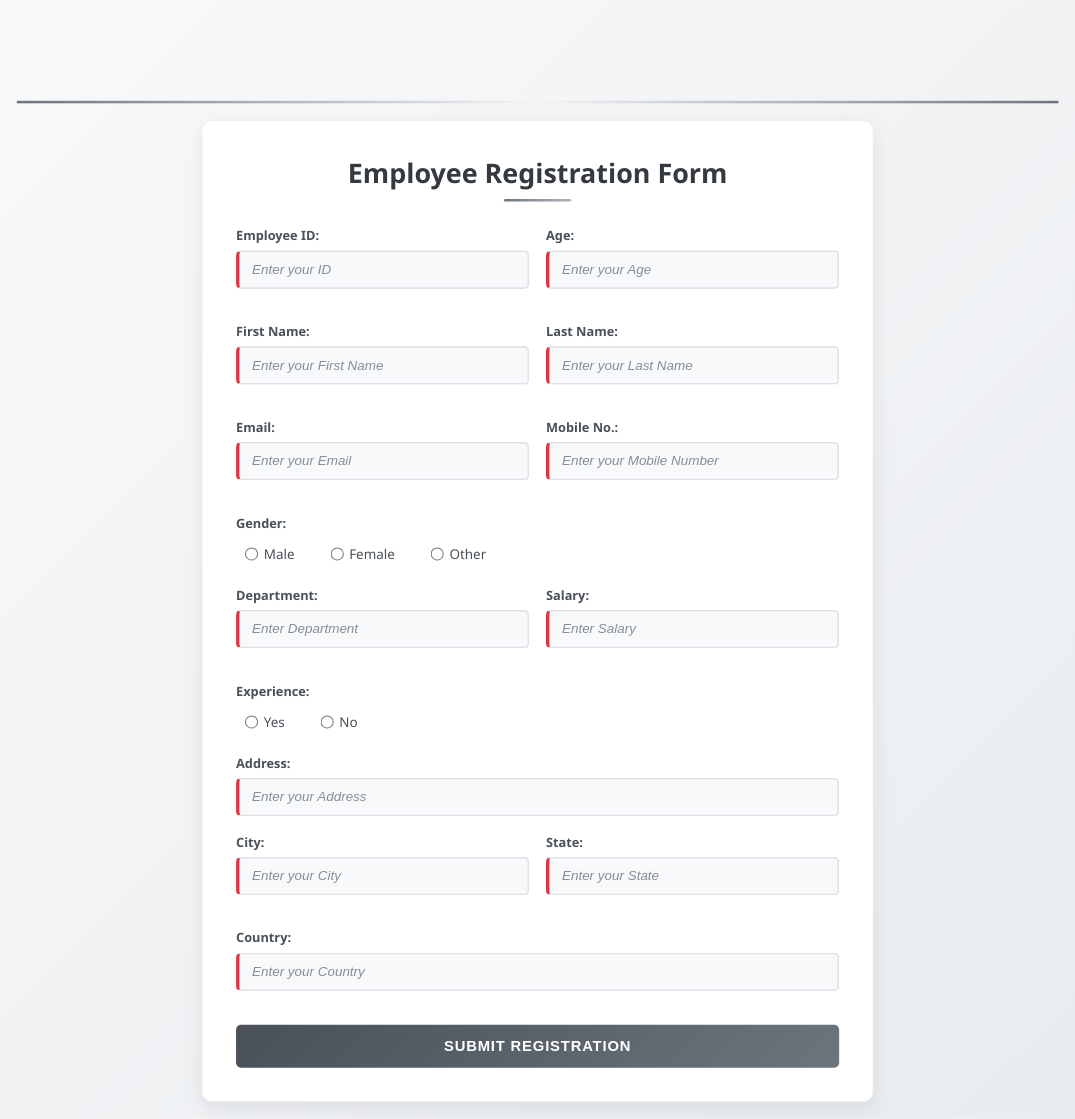
Repository: Shwetannarkhede/EmployeeHub
Page: EmployeeManagemntSystem/src/main/webapp/Registration.html
An editor plug-in stored every save of this project. The page is shown before and after a run of saves, followed by the edit.
The browser window is 1280 px wide. The pictures show the whole page, at 84% of full size.

Above is the page before, as saved 2025-09-22 16:40:42.

### EmployeeManagemntSystem/src/main/webapp/Registration.html
<!DOCTYPE html>
<html lang="en">
<head>
    <meta charset="UTF-8">
    <meta name="viewport" content="width=device-width, initial-scale=1.0">
    <title>Employee Registration Form</title>
   <link rel="stylesheet" href="registration.css">
</head>
<body>
    <marquee><h1>Welcome to EmpFlow</h1></marquee>
    <hr>

    <form action="submit" method="post">
        <h1>Employee Registration Form</h1>

        <div class="form-row">
            <div class="form-group">
                <label>Employee ID:</label>
                <input type="number" name="empid" placeholder="Enter your ID" required>
            </div>
            <div class="form-group">
                <label>Age:</label>
                <input type="number" name="age" placeholder="Enter your Age" required>
            </div>
        </div>

        <div class="form-row">
            <div class="form-group">
                <label>First Name:</label>
                <input type="text" name="fname" placeholder="Enter your First Name" required>
            </div>
            <div class="form-group">
                <label>Last Name:</label>
                <input type="text" name="lname" placeholder="Enter your Last Name" required>
            </div>
        </div>

        <div class="form-row">
            <div class="form-group">
                <label>Email:</label>
                <input type="email" name="email" placeholder="Enter your Email" required>
            </div>
            <div class="form-group">
                <label>Mobile No.:</label>
                <input type="tel" name="phone" placeholder="Enter your Mobile Number" required>
            </div>
        </div>

        <div class="form-group">
            <label>Gender:</label>
            <div class="radio-group">
                <label><input type="radio" name="gender" value="male" required> Male</label>
                <label><input type="radio" name="gender" value="female" required> Female</label>
                <label><input type="radio" name="gender" value="other" required> Other</label>
            </div>
        </div>

        <div class="form-row">
            <div class="form-group">
                <label>Department:</label>
                <input type="text" name="department" placeholder="Enter Department" required>
            </div>
            <div class="form-group">
                <label>Salary:</label>
                <input type="number" name="salary" placeholder="Enter Salary" required>
            </div>
        </div>

        <div class="form-group">
            <label>Experience:</label>
            <div class="radio-group">
                <label><input type="radio" name="experience" value="yes" required> Yes</label>
                <label><input type="radio" name="experience" value="no" required> No</label>
            </div>
        </div>

        <div class="form-group">
            <label>Address:</label>
            <input type="text" name="address" placeholder="Enter your Address" required>
        </div>

        <div class="form-row">
            <div class="form-group">
                <label>City:</label>
                <input type="text" name="city" placeholder="Enter your City" required>
            </div>
            <div class="form-group">
                <label>State:</label>
                <input type="text" name="state" placeholder="Enter your State" required>
            </div>
        </div>

        <div class="form-group">
            <label>Country:</label>
            <input type="text" name="country" placeholder="Enter your Country" required>
        </div>



        <button type="submit">Submit Registration</button>
    </form>
</body>
</html>

### EmployeeManagemntSystem/src/main/webapp/registration.css

        * {
            margin: 0;
            padding: 0;
            box-sizing: border-box;
        }

        body {
            font-family: 'Segoe UI', Tahoma, Geneva, Verdana, sans-serif;
            background: linear-gradient(135deg, #f8f9fa 0%, #e9ecef 100%);
            min-height: 100vh;
            padding: 20px;
            color: #2c3e50;
        }

        /* Header styles */
        marquee h1 {
            color: #495057;
            font-size: 2.5rem;
            font-weight: bold;
            text-shadow: 1px 1px 2px rgba(0,0,0,0.1);
            padding: 10px 0;
        }

        hr {
            border: none;
            height: 3px;
            background: linear-gradient(90deg, #6c757d, transparent, #6c757d);
            margin: 20px 0;
        }

        /* Form container */
        form {
            background: #ffffff;
            max-width: 800px;
            margin: 0 auto;
            padding: 40px;
            border-radius: 12px;
            box-shadow: 0 8px 25px rgba(0,0,0,0.08);
            border: 1px solid #e9ecef;
        }

        form h1 {
            text-align: center;
            color: #343a40;
            margin-bottom: 30px;
            font-size: 2rem;
            position: relative;
        }

        form h1::after {
            content: '';
            display: block;
            width: 80px;
            height: 3px;
            background: linear-gradient(90deg, #6c757d, #adb5bd);
            margin: 10px auto;
            border-radius: 2px;
        }

        /* Form layout */
        .form-row {
            display: flex;
            gap: 20px;
            margin-bottom: 20px;
        }

        .form-row .form-group {
            flex: 1;
        }

        .form-group {
            margin-bottom: 20px;
        }

        /* Labels */
        .form-group > label {
            display: block;
            margin-bottom: 8px;
            font-weight: 600;
            color: #495057;
            font-size: 0.95rem;
        }

        /* Input fields */
        input[type="text"],
        input[type="email"],
        input[type="tel"],
        input[type="number"] {
            width: 100%;
            padding: 12px 15px;
            border: 2px solid #dee2e6;
            border-radius: 6px;
            font-size: 1rem;
            transition: all 0.3s ease;
            background: #f8f9fa;
            color: #495057;
        }

        input[type="text"]:focus,
        input[type="email"]:focus,
        input[type="tel"]:focus,
        input[type="number"]:focus {
            outline: none;
            border-color: #6c757d;
            background: #ffffff;
            box-shadow: 0 0 0 3px rgba(108, 117, 125, 0.1);
            transform: translateY(-1px);
        }

        input[type="text"]:hover,
        input[type="email"]:hover,
        input[type="tel"]:hover,
        input[type="number"]:hover {
            border-color: #adb5bd;
        }

        /* Placeholder styles */
        input::placeholder {
            color: #868e96;
            font-style: italic;
        }

        /* Radio button styles */
        .radio-group {
            display: flex;
            gap: 20px;
            flex-wrap: wrap;
            margin-top: 5px;
        }

        .radio-group label {
            display: flex;
            align-items: center;
            cursor: pointer;
            font-weight: normal;
            color: #495057;
            padding: 8px 12px;
            border-radius: 6px;
            transition: all 0.3s ease;
        }

        .radio-group label:hover {
            background: #f1f3f4;
            color: #343a40;
        }

        input[type="radio"] {
            margin-right: 8px;
            transform: scale(1.2);
            accent-color: #6c757d;
        }

        /* Submit button */
        button[type="submit"] {
            width: 100%;
            background: linear-gradient(135deg, #495057 0%, #6c757d 100%);
            color: white;
            padding: 15px 30px;
            border: none;
            border-radius: 6px;
            font-size: 1.1rem;
            font-weight: 600;
            cursor: pointer;
            transition: all 0.3s ease;
            margin-top: 20px;
            text-transform: uppercase;
            letter-spacing: 1px;
        }

        button[type="submit"]:hover {
            transform: translateY(-2px);
            box-shadow: 0 8px 20px rgba(73, 80, 87, 0.3);
            background: linear-gradient(135deg, #343a40 0%, #495057 100%);
        }

        button[type="submit"]:active {
            transform: translateY(0);
        }

        /* Responsive design */
        @media (max-width: 768px) {
            body {
                padding: 10px;
            }

            form {
                padding: 20px;
            }

            .form-row {
                flex-direction: column;
                gap: 0;
            }

            marquee h1 {
                font-size: 2rem;
            }

            form h1 {
                font-size: 1.5rem;
            }

            .radio-group {
                gap: 15px;
            }
        }

        @media (max-width: 480px) {
            marquee h1 {
                font-size: 1.5rem;
            }

            form {
                padding: 15px;
            }

            input[type="text"],
            input[type="email"],
            input[type="tel"],
            input[type="number"] {
                padding: 10px 12px;
            }

            button[type="submit"] {
                padding: 12px 20px;
                font-size: 1rem;
            }
        }

        /* Animation for form appearance */
        form {
            animation: slideUp 0.6s ease-out;
        }

        @keyframes slideUp {
            from {
                opacity: 0;
                transform: translateY(30px);
            }
            to {
                opacity: 1;
                transform: translateY(0);
            }
        }

        /* Focus indicators for accessibility */
        input:focus,
        button:focus {
            outline: 2px solid #6c757d;
            outline-offset: 2px;
        }

        /* Required field indicator */
        input:required {
            border-left: 4px solid #dc3545;
        }

        input:required:valid {
            border-left: 4px solid #28a745;
        }

        /* Smooth scrolling */
        html {
            scroll-behavior: smooth;
        }

After the next 2 saves:
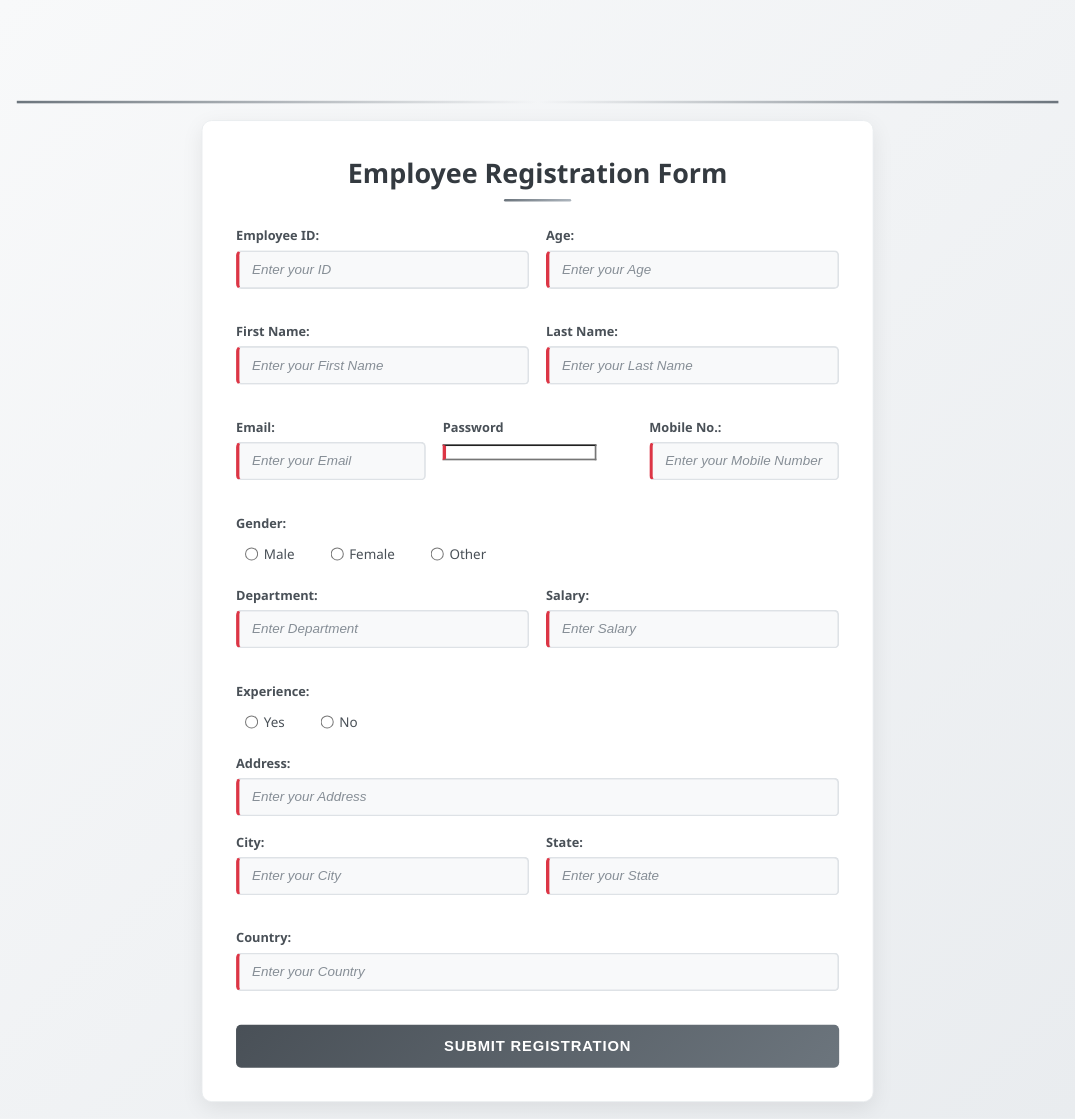
The 2 saves are shown as one change because they came seconds apart.
The last was saved 12 s later.
--- a/EmployeeManagemntSystem/src/main/webapp/Registration.html
+++ b/EmployeeManagemntSystem/src/main/webapp/Registration.html
@@ -40,6 +40,13 @@
                 <label>Email:</label>
                 <input type="email" name="email" placeholder="Enter your Email" required>
             </div>
+
+            <div class="form-group">
+    <label for="password">Password</label>
+    <input type="password" id="password" name="password" required>
+</div>
+
+
             <div class="form-group">
                 <label>Mobile No.:</label>
                 <input type="tel" name="phone" placeholder="Enter your Mobile Number" required>
